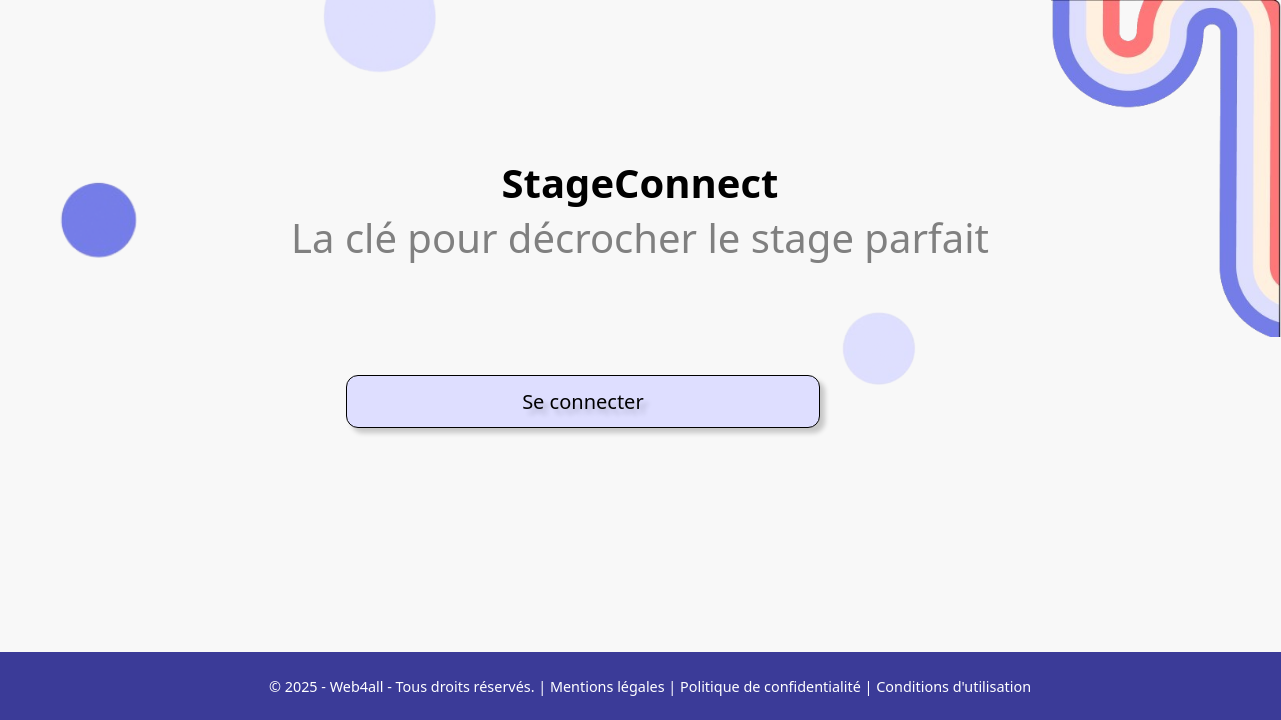
Repository: Guyllem/GroupeWeb
Page: index.html
An editor plug-in stored every save of this project. The page is shown before and after a run of saves, followed by the edit.
The browser window is 1280 px wide. The page is 1281 px wide, so the pictures cover 1281 px, including what lies to the right of the window. The pictures show the whole page.

Above is the page before, as saved 2025-02-13 17:18:42.

### index.html
<!DOCTYPE html>
<html lang="fr">
  <head>
    <meta charset="UTF-8" />
    <meta name="viewport" content="width=device-width, initial-scale=1.0" />
    <title>Stage Connect</title>
    <link rel="stylesheet" href="styles.css" />
  </head>
  <body>
    <header>
      <img class="bulle1" src="img/bulle1.png" alt="bulle1">
      <img class="arc-en-ciel" src="img/arc en ciel.png" alt="arc en ciel">
      <h1 class="titre">StageConnect</h1>
      <img class="bulle2" src="img/bulle2.png" alt="bulle2">
      <p class="slogan">La clé pour décrocher le stage parfait</p>
    </header>
    <main>
      <a href="#" class="btn-connexion">Se connecter</a>
      <img src="img/bulle3.png" alt="bulle3" class="bulle3">
    </main>
    <footer>
      <p>
        © 2025 - Web4all - Tous droits réservés. |
        <a href="#">Mentions légales</a> |
        <a href="#">Politique de confidentialité</a> |
        <a href="#">Conditions d'utilisation</a>
      </p>
    </footer>
  </body>
</html>

### styles.css
body {
    font-family: system-ui, -apple-system, BlinkMacSystemFont, 'Segoe UI', Roboto, Oxygen, Ubuntu, Cantarell, 'Open Sans', 'Helvetica Neue', sans-serif;
    text-align: center;
    background: #f8f8f8;
    margin: 0;
    padding: 0;
    position: relative;
    overflow: hidden;
}

.titre {
    font-size: 2.5em;
    margin-top: 5%;
    margin-bottom: 0;
}

.slogan {
    color: gray;
    font-size: 2.5em;
    margin-bottom: 3%;
    margin-top: 0;
}

.btn-connexion {
    display: inline-block;
    padding: 12px 175px;
    background-color: #dedeff;
    color: black;
    text-decoration: none;
    border-radius: 12px;
    border: 1px solid #000;
    box-shadow: 5px 5px 5px rgba(0, 0, 0, 0.2);
    font-size: 1.25em;
    text-shadow: 5px 5px 5px rgba(0, 0, 0, 0.2);
}

footer {
    background-color: #3b3b98;
    color: white;
    font-size: 0.9em;
    padding: 10px;
    position: fixed;
    bottom: 0;
    width: 100%;
}

footer a {
    color: white;
    text-decoration: none;
}

.arc-en-ciel{
    position: absolute;
    right: -0.1%;
    top: 0;
    width: 18%;
    height: auto;
    margin: 0;
    padding: 0;
}


.bulle1{
    position:relative;
    margin: 0;
    padding: 0;
    width: 11%;
    height: auto;
    right: 20%;
}

.bulle2{
    position:absolute;
    margin: 0;
    padding: 0;
    width: 8%;
    right: 88%;
    top: 40%;
}

After the next 2 saves:
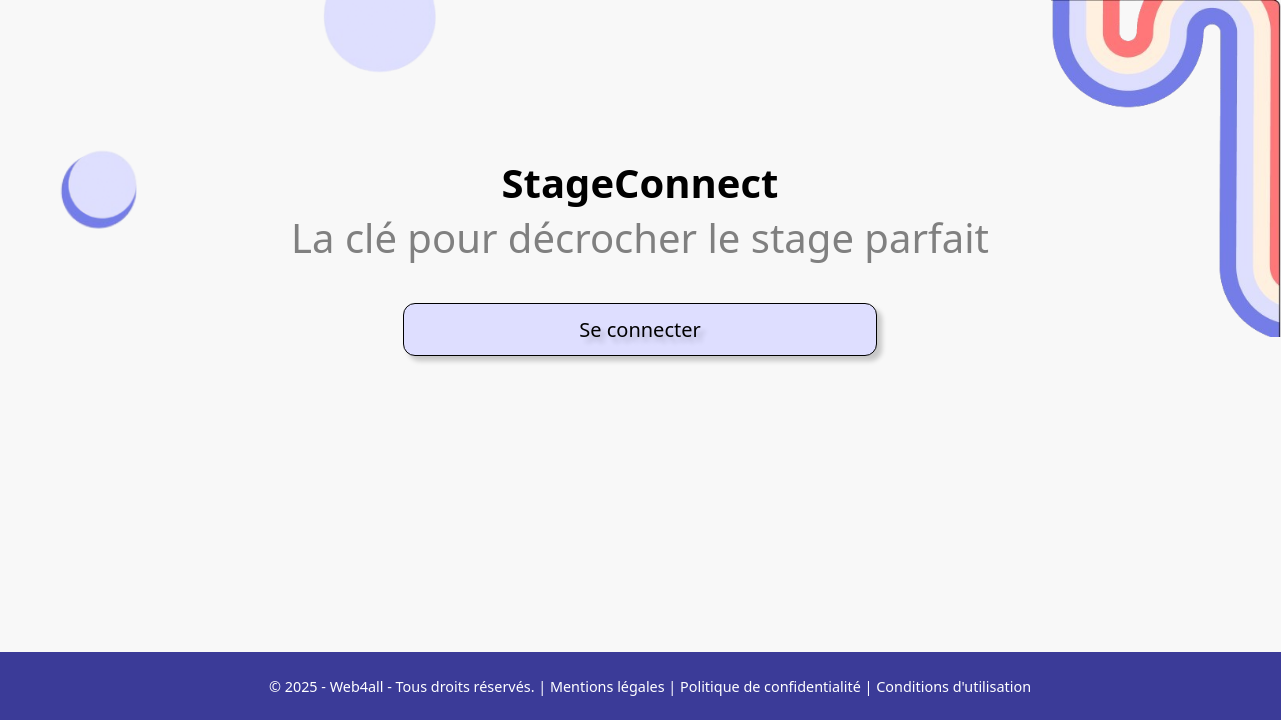
The 2 saves are shown as one change because they came seconds apart.
The last was saved 10 s later.
--- a/styles.css
+++ b/styles.css
@@ -77,3 +77,12 @@
     right: 88%;
     top: 40%;
 }
+
+.bulle3{
+    position:absolute;
+    margin: 0;
+    padding: 0;
+    width: 8%;
+    right: 88%;
+    top: 40%;
+}
